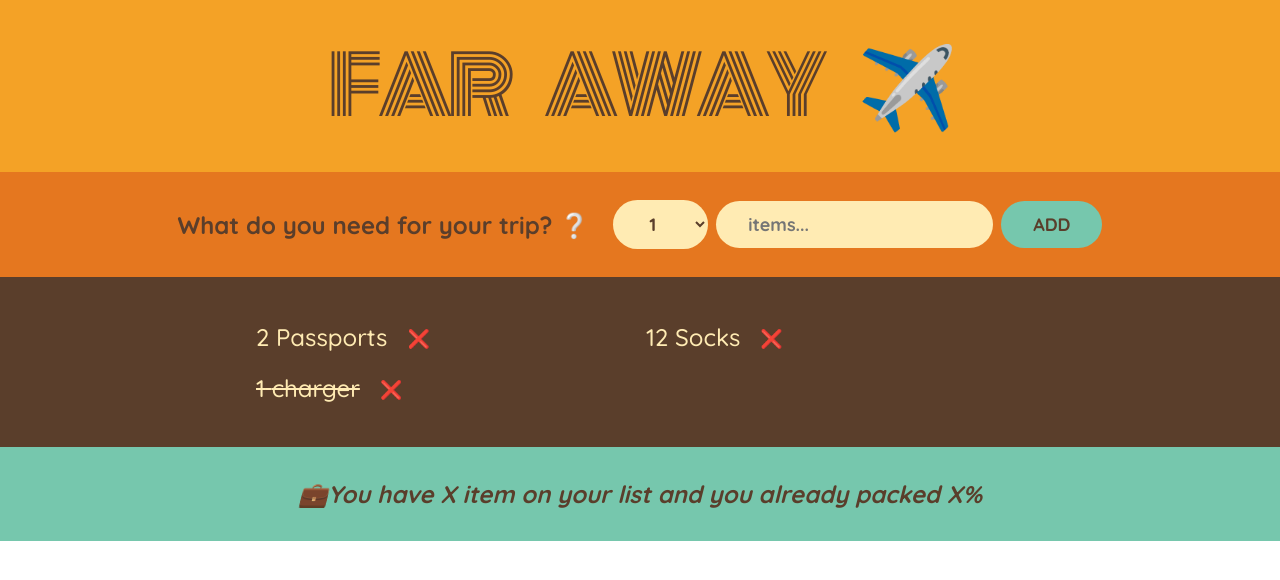
Repository: vgor15/Far-Away
Page: /
The author's editor kept a copy of each file at every save. The page is drawn from the files as they stood at one save, then again after the next save.
The browser window is 1280 px wide. The pictures show the whole page.
The project was rebuilt for these pictures with package versions that can differ from the ones it lists, and the page was loaded fresh each time.

Above is the page before, as saved 2025-03-09 00:01:27.

After the next save:
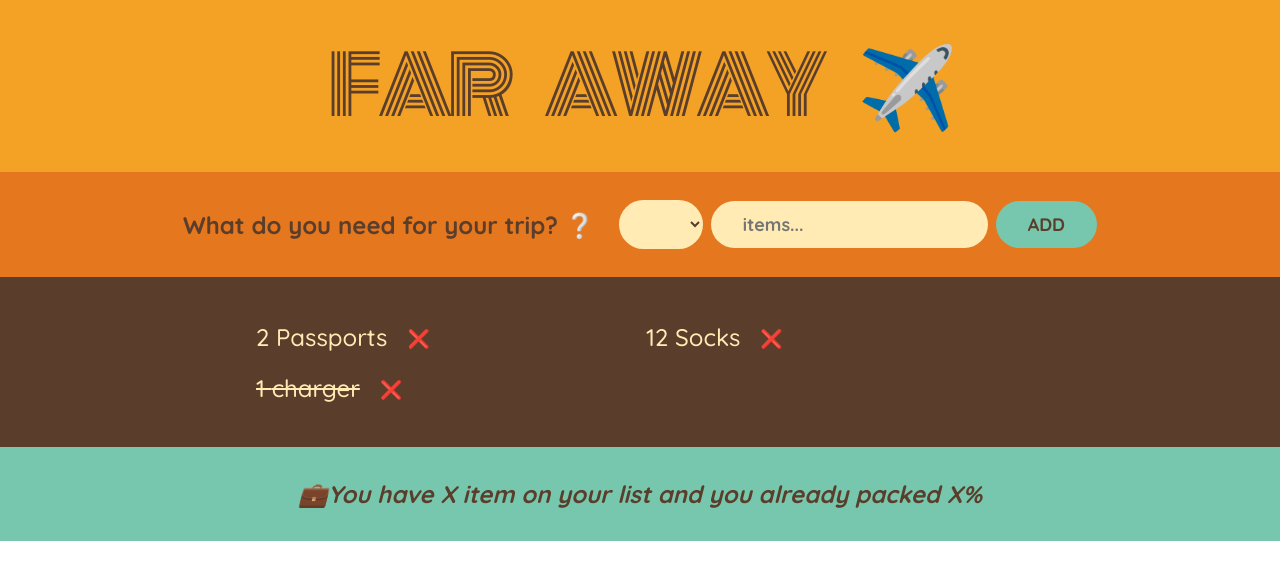
Saved 21 s later.
--- a/src/App.js
+++ b/src/App.js
@@ -24,9 +24,9 @@
     <div className="add-form">
       <h3>What do you need for your trip? ❔</h3>
       <select>
-        <option value={1}>1</option>
-        <option value={2}>2</option>
-        <option value={3}>3</option>
+        {
+
+        }
       </select>
       <input type="text" placeholder="items..." />
       <button>Add</button>
